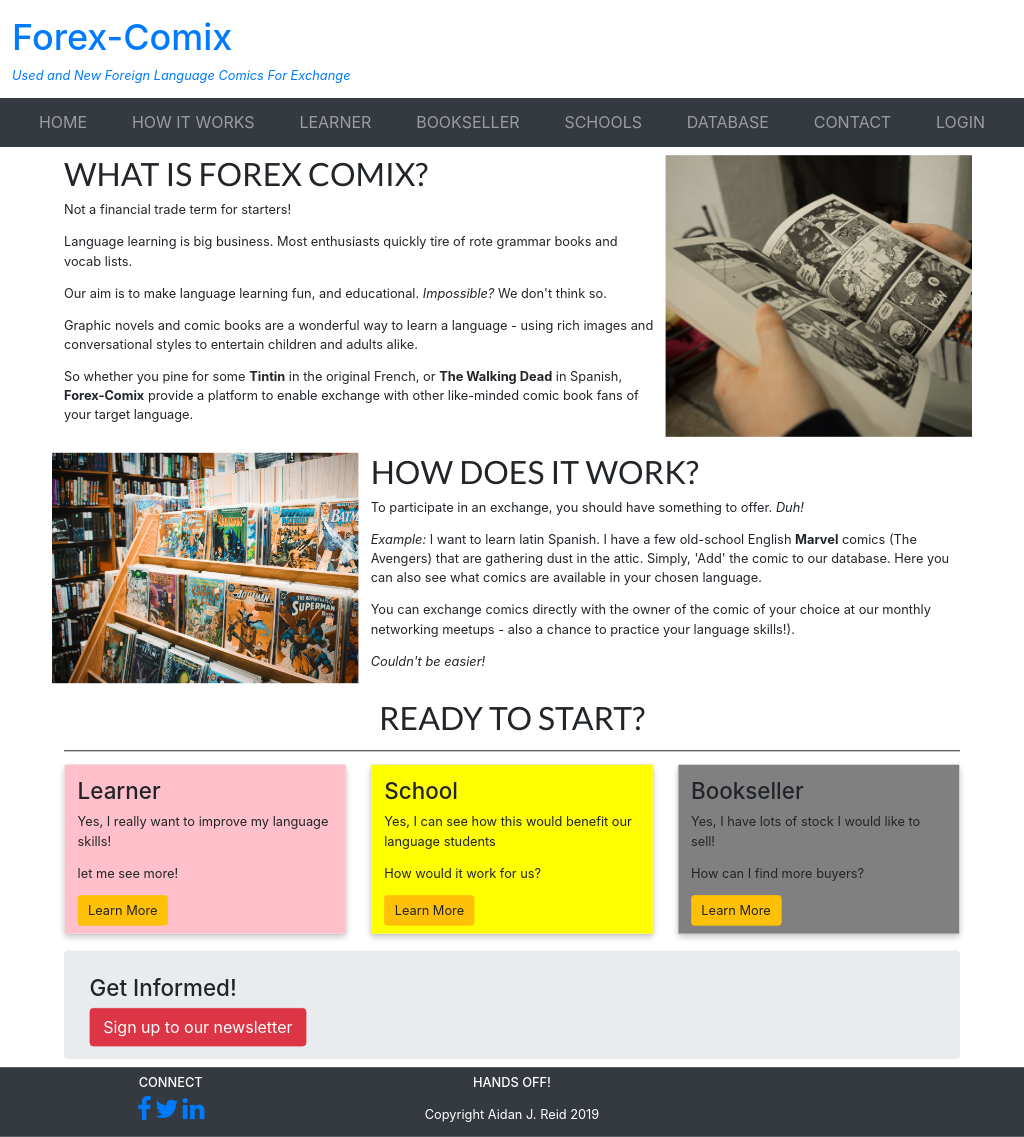
Repository: AidanJReid/Forex-Comix
Page: index.html
The author's editor kept a record of every edit. The page is drawn from the files as they stood at one moment, then again after the next edit.
The browser window is 1280 px wide. The pictures show the whole page, at 80% of full size.

Above is the page before.

After the next edit:
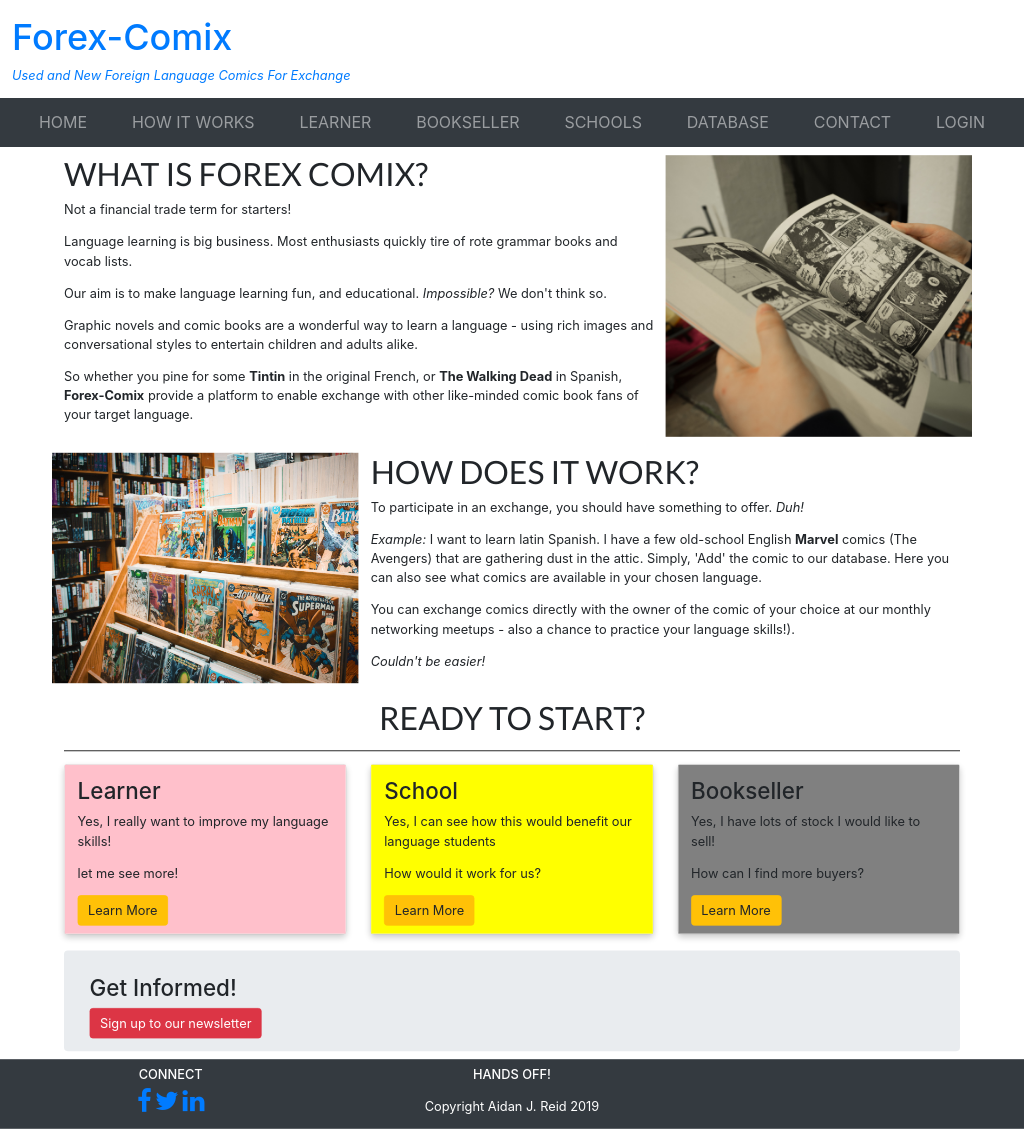
The edit:
--- a/index.html
+++ b/index.html
@@ -150,7 +150,7 @@
                 <div class="row">
                     <div class="col">
                         <h3>Get Informed!</h3>
-                        <a href="https://dl.bookfunnel.com/myx36xodwz" type="button" class="btn btn-danger btn-lg" id="subscribe" target="_blank">Sign up to our newsletter</a>
+                        <a href="" type="button" class="btn btn-danger btn-md" id="subscribe" target="_blank">Sign up to our newsletter</a>
                     </div>
                 </div>
             </div>
